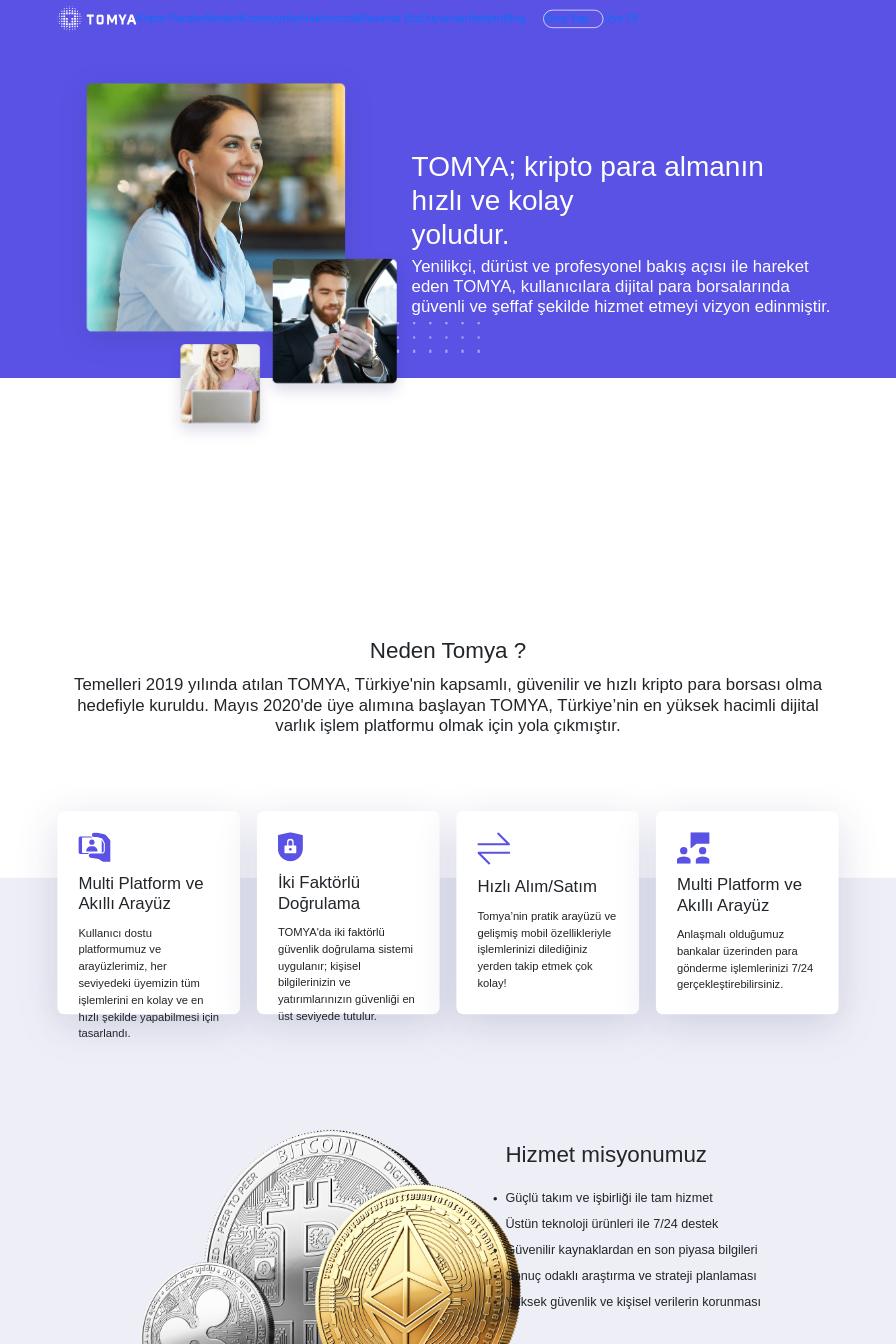
Repository: ezgibayrakli/TomyaProje
Page: index copy.html
An editor plug-in stored every save of this project. The page is shown before and after the next save, followed by the edit.
The browser window is 1280 px wide. The pictures show the part of the page from y = 0 to 1920 px (the page is 5181 px tall), at 70% of full size.
Some web fonts or font styles are not loaded; a fallback is used.

Above is the page before, as saved 2023-07-06 13:32:54.

### index copy.html
<!DOCTYPE html>
<html lang="en">
<head>
    <meta charset="UTF-8">
    <meta name="viewport" content="width=device-width, initial-scale=1.0">
    <!-- BOOTSTRAP -->
    <link href="https://cdn.jsdelivr.net/npm/bootstrap@5.1.3/dist/css/bootstrap.min.css" rel="stylesheet" integrity="sha384-1BmE4kWBq78iYhFldvKuhfTAU6auU8tT94WrHftjDbrCEXSU1oBoqyl2QvZ6jIW3" crossorigin="anonymous">
    <link rel="stylesheet" href="style.css">
    <title>Hakkımızda-Tomya</title>
</head>
<body>
    <!-- HEADER START -->
    <section id="header">
        <div class="header">
            <div class="container">
                <nav class="navbar navbar-expand-lg navbar-light">
                    <div class="header-logo">
                        <img src="photo/tomya-logo.svg" alt="">
                    </div>
                    <button class="navbar-toggler" type="button" data-toggle="collapse" data-target="#navbarNavDropdown" aria-controls="navbarNavDropdown" aria-expanded="false" aria-label="Toggle navigation">
                      <span class="navbar-toggler-icon"></span>
                    </button>
                    <div class="collapse navbar-collapse" id="navbarNavDropdown">
                        <ul class=" navbar-nav">
                            <li><a href="#">Kripto Paralar</a></li>
                            <li><a href="#">Market</a></li>
                            <li><a href="#">Komisyonlar</a></li>
                            <li><a href="#">Hakkımızda</a></li>
                            <li><a href="#">Basında Biz</a></li>
                            <li><a href="#">Duyurular</a></li>
                            <li><a href="#">İletişim</a></li>
                            <li><a href="#">Blog</a></li>
                            <li class="enter"><a href="#">Giriş Yap</a></li>
                            <li><a href="#">Üye Ol</a></li>
                        </ul>
                    </div>
                  </nav>
                <div class="header-text">
                    <div class="header-about-img">
                        <span class="icons-header"></span>
                        <img src="photo/aboutus-banner.png" alt="">
                    </div>
                    <div class="header-about-text">
                        <h1>TOMYA; kripto para almanın <br> hızlı ve kolay <br> yoludur.</h1>
                        <h4>Yenilikçi, dürüst ve profesyonel bakış açısı ile hareket eden TOMYA, kullanıcılara dijital para borsalarında güvenli ve şeffaf şekilde hizmet etmeyi vizyon edinmiştir.</h4>
                    </div>

                </div>
                </div>
            </div>
        </div>
    </section>
    <!-- HEADER END -->

    <!-- MAIN MENU START -->
    <section id="mainmenu">
        <div class="main-menu">
            <div class="container">
              <h2 class="text-md-center mt-5">Neden Tomya ?</h2>
              <h4 class="text-md-center mt-3">Temelleri 2019 yılında atılan TOMYA, Türkiye'nin kapsamlı, güvenilir ve hızlı kripto para borsası olma hedefiyle kuruldu. Mayıs 2020'de üye alımına başlayan TOMYA, Türkiye’nin en yüksek hacimli dijital varlık işlem platformu olmak için yola çıkmıştır.</h4>
            <div class="row">
                <div class="col-sm-12 col-md-3">
                    <div class="box">
                        <img src="photo/ic-selfie.svg" alt="">
                        <div class="box-text">
                            <h4 class="mt-3">Multi Platform ve Akıllı Arayüz</h4>
                            <p class="mt-3">Kullanıcı dostu platformumuz ve arayüzlerimiz, her seviyedeki üyemizin tüm işlemlerini en kolay ve en hızlı şekilde yapabilmesi için tasarlandı.</p>
                        </div>
                    </div>
                </div>
                <div class="col-sm-12 col-md-3">
                    <div class="box">
                        <img src="photo/ic-privacy.svg" alt="">
                        <div class="box-text">
                            <h4 class="mt-3">İki Faktörlü Doğrulama</h4>
                            <p class="mt-3">TOMYA'da iki faktörlü güvenlik doğrulama sistemi uygulanır; kişisel bilgilerinizin ve yatırımlarınızın güvenliği en üst seviyede tutulur.</p>
                        </div>
                    </div>
                </div>
                <div class="col-sm-12 col-md-3">
                    <div class="box">
                        <img src="photo/ic-sellbuy.svg" alt="">
                        <div class="box-text">
                            <h4 class="mt-3">Hızlı Alım/Satım</h4>
                            <p class="mt-3">Tomya’nin pratik arayüzü ve gelişmiş mobil özellikleriyle işlemlerinizi dilediğiniz yerden takip etmek çok kolay!</p>
                        </div>
                    </div>
                </div>
                <div class="col-sm-12 col-md-3">
                    <div class="box">
                        <img src="photo/ic-support.svg" alt="">
                        <div class="box-text">
                            <h4 class="mt-3">Multi Platform ve Akıllı Arayüz</h4>
                            <p class="mt-3">Anlaşmalı olduğumuz bankalar üzerinden para gönderme işlemlerinizi 7/24 gerçekleştirebilirsiniz.</p>
                        </div>
                    </div>
                </div>
            </div>
            </div>
        </div>
        <div class="main-menu-two">
            <div class="container">
                <div class="row">
                    <div class="col-sm-12 col-md-6 coins">
                        <img src="photo/aboutus-coins.png" alt="">
                    </div>
                    <div class="col-sm-12 col-md-6 coins-text">
                        <h2 class="mt-3">Hizmet misyonumuz</h2>
                        <ul class="coins-text-ul">
                            <li>Güçlü takım ve işbirliği ile tam hizmet</li>
                            <li>Üstün teknoloji ürünleri ile 7/24 destek</li>
                            <li>Güvenilir kaynaklardan en son piyasa bilgileri</li>
                            <li>Sonuç odaklı araştırma ve strateji planlaması</li>
                            <li>Yüksek güvenlik ve kişisel verilerin korunması</li>
                        </ul>
                    </div>

                </div>
            </div>
        </div>
        <div class="main-menu-three">
            <div class="container">
                <h2 >İş Ortaklarımız</h2>
                <div class="row">
                        <div class="col-sm-12 col-md-6 bctr-img">
                            <img src="photo/BCTR-logo.png" alt="">
                        </div>
                        <div class="col-sm-12 col-md-6 mt-auto mb-auto ">
                            <p>Tomya Teknoloji A.Ş. olarak kripto ekosisteminde faaliyetlerimize hız kesmeden devam ediyoruz. Türkiye’de sürdürülebilir blockchain ekosistemi oluşturan, bu teknoloji ile yeni dönem iş yapış biçimlerinin önündeki zorlukların giderilmesine yönelik çalışmaları bulunan Blockchain Türkiye Platformu'na platin üye olduk.</p>
                        </div>
                </div>
            </div>
        </div>
        <div class="main-menu-four">
    <div class="container">
        <div class="row">
            <div class="col-sm-6">
                <h2>TOMYA'yı Sosyal Medyada Takip Edin</h2>
                <h3 class="mt-3">Dijital para borsalarındaki diğer yatırımcılarla bağlantı kurmak, promosyonlar hakkında bilgi almak ve yatırım stratejilerini tartışmak için TOMYA'yı sosyal medya üzerinden takip edebilirsiniz.</h3>
                <a href="#" ><img src="photo/followTwitter.svg" alt="" class="mt-5"></a>
            </div>
                <div class="col-sm-6 twitter-img">
                    <img  alt="img_twitter_social" src="photo/img_twitter_social.png">
                </div>
            </div>
    </div>
        </div>
        <div class="main-menu-five">
            <div class="container">
                <div class="box">
                    <div class="row">
                        <div class="col-md-4">
                            <h2>Basın Kiti</h2>
                        </div>
                        <div class="col-md-8">
                            <h3>Markamıza ait logomuzun medya kanallarında ya da farklı mecralarda en doğru şekilde kullanımı için basın materyallerini indirebilirsiniz.</h3>
                        </div>
                    </div>
                    <div class="row" style="height: 200px;margin-top: 45px;">
                        <div class="col-md-2 bg-white" style="margin-right:20px;border-radius: 10px;">
                            <h6 style="margin-top: 150px;text-align: center;">Logo Kullanımı</h6>
                        </div>
                        <div class="col bg-white" style="border-radius: 10px;">
                            <div class="row">
                                <div class="col-md-3">
                                    <h6 style="margin-top: 140px;text-align: center;">Renkli ve <br>
                                        Siyah/Beyaz kullanım</h6>
                                </div>
                                <div class="col-md-3">
                                    <h6 style="margin-top: 140px;text-align: center;">Logo baskı, web ve <br>
                                        HEX renk kodları</h6></div>
                                <div class="col-md-6">
                                <a href="#">
                                    <h6 class="btn-outline" style="margin-top: 140px;text-align: center;">
                                        Basın Kitini İndir
                                    </h6>
                                </a>
                                </div>
                        </div>

                    </div>
                </div>
            </div>
        </div>
    </section>
    <!-- MAIN MENU END -->

    <!-- FOOTER START -->
    <div class="footer">
        <div class="footer-one mt-5">
            <div class="container">
                <div class="wrap d-flex align-items-start flex-lg-row flex-column">
                    <h3>Avantajlı Kripto İşlemleri</h3>
                    <h5 class="w-100 ml-lg-3 mt-lg-0 ">TOMYA, müşterilerine güvenilir ve șeffaf hizmet anlayışının yanında düșük komisyon prensipleri de sunar. TOMYA ile dijital para borsalarındaki alım satım deneyiminizi en üst noktaya çıkarabilirsiniz.</h5>
                    <a href="#" class="btn mr-auto ml-auto  mr-lg-0 mt-lg-0 ">Hesap Oluştur</a>
                </div>
            </div>
        </div>
    <footer class="footer-two footer">
    <div class="container">
        <div class="row">
            <div class="col-md-2 items">
                <h6>Kurumsal</h6>
                <ul>
                    <li><a href="#">Kullanıcı Sözleşmesi</a></li>
                    <li><a href="#">Gizlilik ve Çerez Politikası</a></li>
                    <li><a href="#">Kişisel Verilerin Korunması</a></li>
                    <li><a href="#">Açık Rıza Ve Dijital İletişim İzni Beyanı</a></li>
                    <li><a href="#">Hakkımızda</a></li>
                    <li><a href="#">İletişim</a></li>
                </ul>
            </div>
            <div class="col-md-2 items">
                <h6>Kullanıcılar için</h6>
                <ul>
                    <li><a href="#">Blog</a></li>
                    <li><a href="#">Basında Biz</a></li>
                    <li><a href="#">Sıkça Sorulan Sorular</a></li>
                    <li><a href="#">Kripto Hesaplayıcı</a></li>
                    <li><a href="#">Kripto Sözlük</a></li>
                    <li><a href="#">Duyurular</a></li>
                    <li><a href="#">Limitler</a></li>
                    <li><a href="#">Para Yatırma ve Çekme Platformları</a></li>
                    <li><a href="#">Kara Para Aklamayı Önleme Politikası</a></li>
                    <li><a href="#">Müşterini Tanı (KYC) Politikası</a></li>

                </ul>
            </div>
            <div class="col-md-2 items">
                <h6>Kripto paralar</h6>
            <ul >
                    <li><a href="#">Bitcoin</a></li>
                    <li><a href="#">Ethereum</a></li>
                    <li><a  href="#">Ripple</a></li>
                    <li> <a  href="#">Litecoin</a></li>
                    <li><a  href="#">Tether</a></li>
                    <li> <a  href="#">Chainlink</a></li>
                    <li> <a  href="#">Polkadot</a></li>
                    <li> <a  href="#">Avalanche</a></li>
                    <li><a  href="#">Binance Coin</a></li>
                    <li>  <a  href="#">Pancakeswap</a></li>
                    <li> <a  href="#">Solana</a></li>
                    <li><a  href="#">NEAR Protocol</a></li>
                    <li> <a  href="#">ApeCoin</a></li>
                    <li><a  href="#">Uniswap</a></li>
                    <li><a  href="#">Fantom</a></li>
                    <li><a  href="#">Curve DAO</a></li>
                    <li> <a  href="#">Ethereum Classic</a></li>
            </ul>
            </div>
            <div class="col-md-2 items mt-4">
            <ul>
                <li><a href="#">Dogecoin</a></li>
                <li> <a href="#">Cardano</a></li>
                <li><a href="#">NEO</a></li>
                <li>  <a href="#">Chiliz</a></li>
                <li><a href="#">Holochain</a></li>
                <li> <a href="#">BitTorrent Chain</a></li>
                <li><a href="#">Decentraland</a></li>
                <li><a href="#">The Sandbox</a></li>
                <li> <a href="#">Shiba Inu</a></li>
                <li><a href="#">Polygon</a></li>
                <li> <a href="#">PAX Gold</a></li>
                <li> <a href="#">Cosmos</a></li>
                <li><a href="#">Enjin Coin</a></li>
                <li> <a href="#">VeChain</a></li>
                <li><a href="#">THORChain </a></li>
                <li> <a href="#">Oasis Network</a></li>

            </ul>
            </div>
            <div class="col-md-2 items">
                <h6>Rehber</h6>
                <ul>
                <li>  <a href="#">Bitcoin al</a></li>
                <li><a href="#">Ethereum al</a></li>
                <li> <a href="#">Ripple al</a></li>
                <li><a href="#">Litecoin al</a></li>
                <li> <a href="#">Tether al</a></li>
                <li> <a href="#">Chainlink al</a></li>
                <li><a href="#">Polkadot al</a></li>
                <li><a href="#">Avalanche al</a></li>
                <li> <a href="#">Binance Coin al</a></li>
                <li> <a href="#">Pancakeswap al</a></li>
                <li><a href="#">Solana al</a></li>
                <li><a href="#">NEAR Protocol al</a></li>
                <li><a href="#">ApeCoin al</a></li>
                <li> <a href="#">Uniswap al</a></li>
                <li>  <a href="#">Fantom al</a></li>
                <li><a href="#">Curve DAO al</a></li>
                <li><a href="#">Ethereum Classic al</a></li>

            </ul>
            </div>
            <div class="col-md-2 items mt-4">
            <ul>
                <li>   <a href="#">Dogecoin al</a></li>
                <li> <a href="#">Cardano al</a></li>
                <li><a href="#">NEO al</a></li>
                <li><a href="#">Chiliz al</a></li>
                <li><a href="#">Holochain al</a></li>
                <li> <a href="#">BitTorrent Chain al</a></li>
                <li> <a href="#">Decentraland al</a></li>
                <li><a href="#">The Sandbox al</a></li>
                <li><a href="#">Shiba Inu al</a></li>
                <li><a href="#">Polygon al</a></li>
                <li><a href="#">PAX Gold al</a></li>
                <li> <a href="#">Cosmos al</a></li>
                <li> <a href="#">Enjin Coin al</a></li>
                <li><a href="#">VeChain al</a></li>
                <li><a href="#">THORChain al</a></li>
                <li><a href="#">Oasis Network al</a></li>

            </ul>
            </div>
        </div>
        <hr class="mt-5" style="color: gray;">
      <div class=" pt-5 d-flex justify-content-lg-between flex-lg-row flex-column align-items-lg-center">
            <div>
            <h6 >TOMYA TEKNOLOJİ A.Ş. <br>Maslak Mah. Saat Sok. Spine Tower No: 5/10, <br>Sarıyer / İstanbul </h6>
            <br><h6 >Tel: 0(212) 807 10 71(72-73)</h6>
        </div>
        <div>
        <div class="social d-flex justify-content-lg-end mt-lg-0 mt-5">
            <a class="mr-4" href="https://www.facebook.com/tomya.com" target="_blank"><img  alt="facebook-ikon" src="photo/ic-fb.svg"></a>
            <a class="mr-4" href="https://twitter.com/tomyacom" target="_blank"><img  alt="twitter-ikon" src="photo/ic-tw.svg"></a>
            <a class="mr-4" href="https://www.instagram.com/tomyacom/" target="_blank"><img alt="instagram-ikon" src="photo/ic-ins.svg"></a>
            <a class="mr-4" href="https://t.me/tomyacom" target="_blank"><img alt="telegram-ikon" src="photo/ic-telegram.svg"></a>
            <a class="mr-4" href="https://www.youtube.com/channel/UCSOpFT_5xJLvf6yfXIyxDlQ" target="_blank"><img alt="yt-ikon" src="photo/ic-yt-logo.svg"></a>
        </div>
        </div>
       </div>
       <div class="row">
        <h6 class="mt-5 mb-5 tomya-end">Tüm Hakları Saklıdır. © 2021 - TOMYA <br> TOMYA TEKNOLOJİ A.Ş. <br> Mersis No: 0850062440300001</h6>
       </div>
    </div>
       </footer>

    </div>
    <!-- FOOTER END -->

    <script src="tomya.js"></script>
    <script src="https://cdn.jsdelivr.net/npm/bootstrap@5.1.3/dist/js/bootstrap.bundle.min.js" integrity="sha384-ka7Sk0Gln4gmtz2MlQnikT1wXgYsOg+OMhuP+IlRH9sENBO0LRn5q+8nbTov4+1p" crossorigin="anonymous"></script>
    <!-- SAYFAMIZIN NETWORK KISMINDAN UYGULANIP UYGULANMADIGINI GORURUZ -->
</body>
</html>

Loaded but not shown: style.css (302 lines, source omitted); tomya.js (no copy from this time; the picture is the same without it)

After the next save:
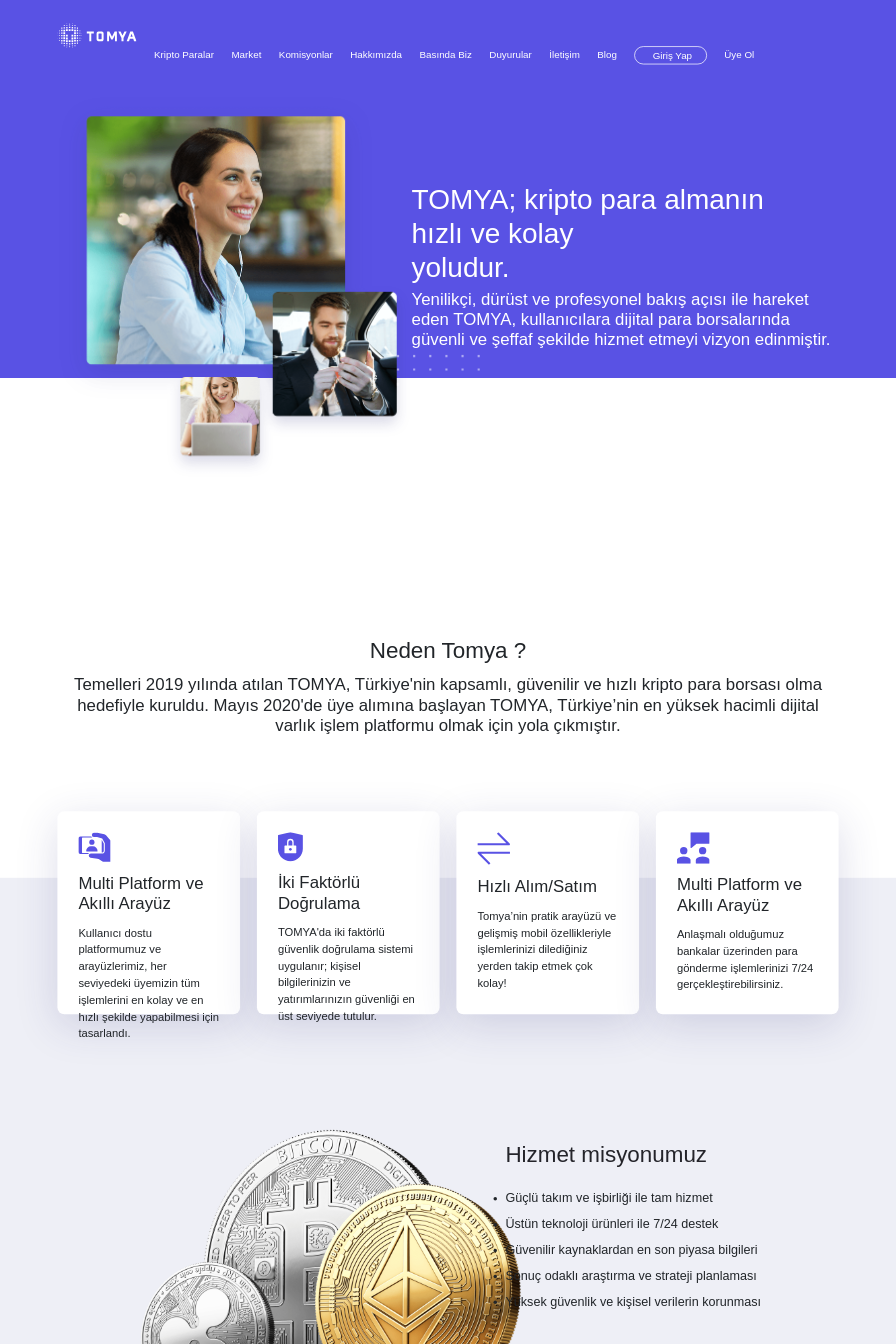
Saved 9 s later.
--- a/index copy.html
+++ b/index copy.html
@@ -21,7 +21,7 @@
                       <span class="navbar-toggler-icon"></span>
                     </button>
                     <div class="collapse navbar-collapse" id="navbarNavDropdown">
-                        <ul class=" navbar-nav">
+                        <ul class="main-menu-header navbar-nav mt-5">
                             <li><a href="#">Kripto Paralar</a></li>
                             <li><a href="#">Market</a></li>
                             <li><a href="#">Komisyonlar</a></li>

After the save that followed:
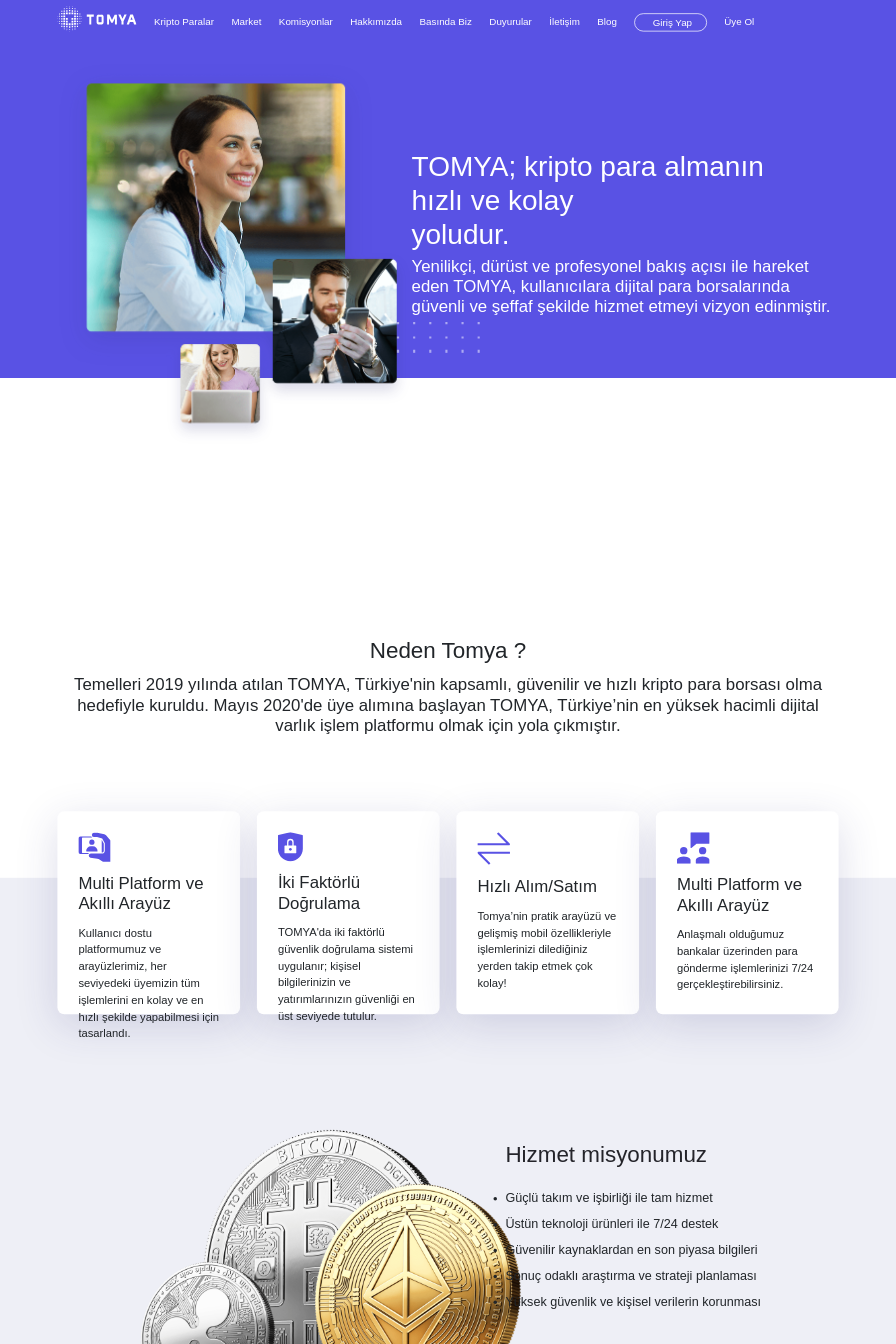
Saved 16 s later.
--- a/index copy.html
+++ b/index copy.html
@@ -13,7 +13,7 @@
     <section id="header">
         <div class="header">
             <div class="container">
-                <nav class="navbar navbar-expand-lg navbar-light">
+                <nav class="navbar navbar-expand-lg">
                     <div class="header-logo">
                         <img src="photo/tomya-logo.svg" alt="">
                     </div>
@@ -21,7 +21,7 @@
                       <span class="navbar-toggler-icon"></span>
                     </button>
                     <div class="collapse navbar-collapse" id="navbarNavDropdown">
-                        <ul class="main-menu-header navbar-nav mt-5">
+                        <ul class="main-menu-header navbar-nav ">
                             <li><a href="#">Kripto Paralar</a></li>
                             <li><a href="#">Market</a></li>
                             <li><a href="#">Komisyonlar</a></li>
